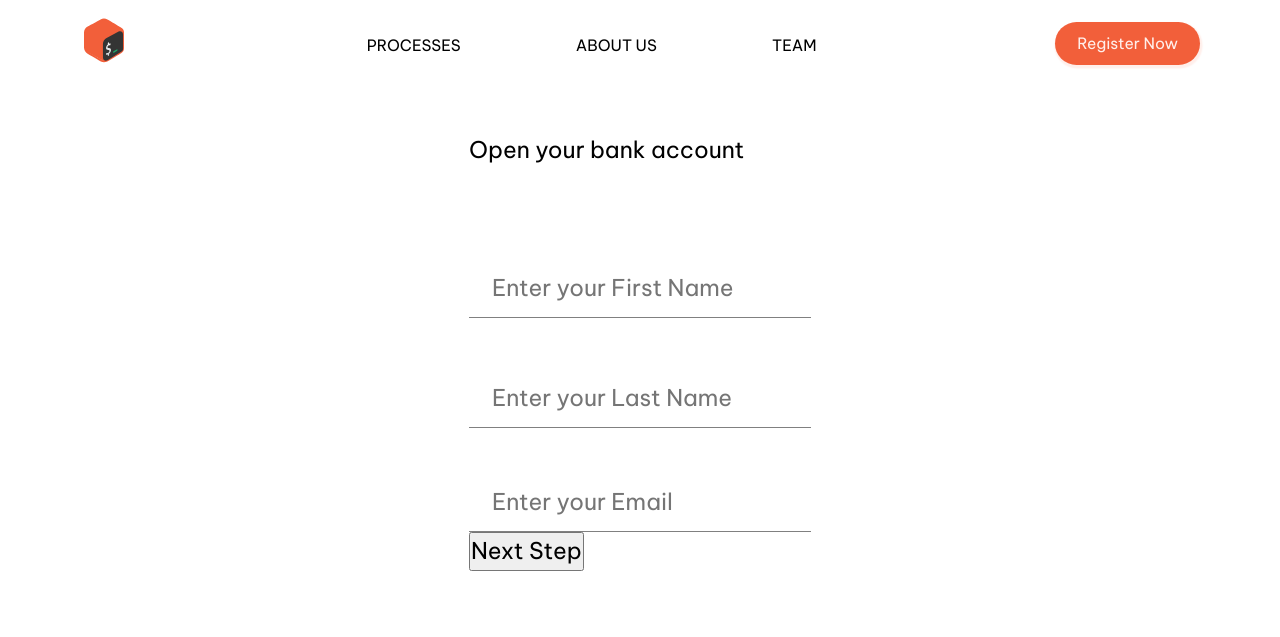
Repository: Esraa22M/Banking_Site
Page: index.html
An editor plug-in stored every save of this project. The page is shown before and after the next save, followed by the edit.
The browser window is 1280 px wide. The pictures show the whole page.

Above is the page before, as saved 2022-10-31 17:57:02.

### index.html
<!DOCTYPE html>
<html lang="en">

<head>
    <meta charset="UTF-8">
    <meta http-equiv="X-UA-Compatible" content="IE=edge">
    <meta name="viewport" content="width=device-width, initial-scale=1.0">
    <title>Document</title>
    <!-- font family link -->
    <link rel="preconnect" href="https://fonts.googleapis.com">
    <link rel="preconnect" href="https://fonts.gstatic.com" crossorigin>
    <link href="https://fonts.googleapis.com/css2?family=Be+Vietnam+Pro:wght@400;500;700&display=swap" rel="stylesheet">
    <!-- external style sheet link -->
    <link rel="stylesheet" href="style.css">
</head>

<body>
    <header class="primary__header">
        <div class="navgation__wrapper container"> <a href="#"><img src="./images/logo.svg" /></a>
            <button class="humberger__button_toggle--container" aria-expanded="false"
                aria-controls="controls the navigation menu's open and closing">
                <span class="sr-only">Nagivation menu</span>
                <span class="button__close hidden" aria-hidden="true">x</span>
                <span class="button__open" aria-hidden="true"></span>
            </button>
            <nav class="primary__navigation">
                <ul role="list" class="primary__navigation--list hidden">
                    <li class="primary__navigation-item">
                        <a href="#section__1" class="primary__navigation-link">processes</a>
                    </li>
                    <li class="primary__navigation-item">
                        <a href="#section__2" class="primary__navigation-link">About us</a>
                    </li>
                    <li class="primary_navigation-item">
                        <a href="#section__3" class="primary__navigation-link">Team</a>
                    </li>

                </ul>
            </nav>
            <a href="#" class="register__button" role="open new account">Register Now</a>
        </div>
    </header>
    <main>
        <section class="modal container">
            <h2>Open your bank account</h2>
            <form class="create__account--form">
                <div class="first_name--wrapper"><label for="first name" class="sr-only">First Name:</label>
                    <input type="text" class="first_name" placeholder="Enter your First Name" />
                </div>
                <div><label for="last name" class="sr-only">Last Name:</label>
                    <input type="text" class="last_name" placeholder="Enter your Last Name" />
                </div>
                <div><label for=" email" class="sr-only">Email:</label>
                    <input type="email" class="email" placeholder="Enter your Email" />
                </div>
                <button type="submit">Next Step</button>
            </form>
        </section>
        <div class="overlay hidden"></div>
    </main>
    <script src="main.js"></script>

</body>

</html>

### style.css
:root {
  --clr-accent-400: hsl(12, 88%, 59%);
  --clr-accent-100: hsl(13, 100%, 96%);
  --clr-primary-400: hsl(228, 39%, 23%);
  --clr-neutral-100: hsl(232, 12%, 13%);
  --clr-neutral-900: hsl(0 0% 0%);
  --ff-primary: "Be Vietnam Pro", sans-serif;
  --fw-regular: 400;
  --fw-semi-bold: 500;
  --fw-bold: 700;
  --fs-300: 0.8125rem;
  --fs-400: 0.875rem;
  --fs-500: 0.9375rem;
  --fs-600: 1rem;
  --fs-650: 1.2rem;
  --fs-700: 1.875rem;
  --fs-800: 2.5rem;
  --fs-900: 3.5rem;
  /* fontsize setup for mobile screen and tablet */
  --fs-body: var(--fs-400);
  --fs-primary-heading: var(--fs-800);
  --fs-secondary-heading: var(--fs-700);
  --fs-nav: var(--fs-500);
  --fs-button: var(--fs-300);
}
/* for desktop screen size */
@media (min-width: 50em) {
  :root {
    --fs-body: var(--fs-650);
    --fs-primary-heading: var(--fs-900);
    --fs-secondary-heading: var(--fs-800);
    --fs-nav: var(--fs-300);
  }
}

/* style reseting refer to kevin powell */
/* Box sizing rules */
*,
*::before,
*::after {
  box-sizing: border-box;
}

/* Remove default margin */
* {
  margin: 0;
  padding: 0;
  font: inherit;
}

/* Remove list styles on ul, ol elements with a list role, which suggests default styling will be removed */
ul[role="list"],
ol[role="list"] {
  list-style: none;
}

/* Set core root defaults */
html:focus-within {
  scroll-behavior: smooth;
}

html,
body {
  font-family: var(--ff-primary);
  height: 100%;
  line-height: 1.5;
  font-size: var(--fs-body);
  z-index: 10;
}
/* utility classes */
.sr-only {
  position: absolute;
  width: 1px;
  height: 1px;
  padding: 0;
  margin: -1px;
  overflow: hidden;
  clip: rect(0, 0, 0, 0);
  border: 0;
}
.container {
  /* content width setup */
  --max-width: 1120px;
  --margin: 5%;
  width: min(var(--max-width), 100% - var(--margin));
  margin-inline: auto;
}

/* navigation style */

.navgation__wrapper {
  display: flex;
  align-items: center;
  padding: 1em 0;
  justify-content: space-between;
  font-size: var(--fs-nav);
  line-height: 1.4rem;
  position: relative;
}
.primary__navigation--list {
  display: flex;
  gap: 3rem;
  flex-direction: column;
}
/* nav links style */
.navgation__wrapper a {
  text-decoration: none;
}
.primary__navigation-link {
  text-transform: uppercase;
  color: var(--clr-neutral-900);
  font-weight: var(--fw-regular);
}
.primary__navigation-link:hover,
.primary__navigation-link:focus-within {
  color: var(--clr-accent-400);
}
.primary__navigation-link::before {
  content: "";
  display: block;
  height: 0.2em;
  background-color: var(--clr-accent-400);
  width: 0%;
  transition: width ease-in-out 250ms;
}
.primary__navigation-link:hover::before {
  width: 100%;
}

/* humberger button and close humberger button style */

.humberger__button_toggle--container {
  position: absolute;
  top: 1em;
  z-index: 20;
  background-color: transparent;
  border: none;
  outline: none;
  right: 1em;
}
.button__open::before,
.button__open::after,
.button__open {
  content: "";
  width: 2em;
  display: block;
  height: 3px;
  cursor: pointer;
  position: relative;
  transition: all ease-in-out 250ms;
  background-color: var(--clr-neutral-900);
}

.button__open::before {
  top: 0.6em;
}
.button__open::after {
  bottom: 0.8em;
}
.button__close {
  font-weight: var(--fw-semi-bold);
  font-size: var(--fs-700);
  transition: all ease-in-out 250ms;
}

.register__button {
  background-color: var(--clr-accent-400);
  color: var(--clr-accent-100);
  padding: 0.5em 1.4em;
  border-radius: 100vmax;
  box-shadow: 1px 2px 0.1em 0.1em var(--clr-accent-100);
}
.register__button:hover,
.register__button:focus-within {
  box-shadow: none;
  opacity: 0.8;
}
/*navigation overlay */

.primary__header[overlay]::before {
  content: "";
  position: absolute;
  inset: 0;
  height: 100%;
  z-index: -1;
  background-image: linear-gradient(rgb(0 0 0 / 0), rgb(0 0 0 / 0.8));
}

/*popup modal style */
.modal {
  display: grid;
  align-items: center;
  justify-content: center;
  padding: 2em 0;
}
.create__account--form {
  padding: 2em 0;
  background-color: white;
}
.first_name,
.last_name,
.email {
  border: none;
  outline: none;
  padding: 0.5em 1em;
  margin-top: 2em;
  border-bottom: 0.5px solid gray;
  transition: border ease-in-out 500ms;
}
.first_name--wrapper::after {
  content: "";
  display: block;
  height: 0.2em;
  background-color: var(--clr-accent-400);
  width: 0%;
  transition: width ease-in-out 250ms;
}
.first_name--wrapper:focus-within::after {
  width: 100%;
}
.first_name--wrapper:focus-within .first_name {
  border: none;
}

/* media query for mobile screen */
@media (max-width: 40em) {
  /* navigation list style */
  .navgation__wrapper {
    justify-content: space-evenly;
  }
  .primary__navigation--list {
    position: absolute;
    top: 100%;
    left: 0;
    width: 100%;
    padding: 2rem;
    display: flex;
    justify-content: center;
    background-color: white;
    border: 1px solid var(--clr-accent-400);
    box-shadow: 0 0 1px 1px var(--clr-accent-100);
    align-items: center;
    transform-origin: top;
    transition: transform 400ms ease-in-out;
  }
  .register__button {
    padding: 0.5em 1em;
    margin-right: min(3em, 12%);
  }
  /* utility class */
  .hidden {
    opacity: 0;
    transform: scale(1, 0);
  }
}
@media (min-width: 40em) {
  /* navigation style */
  .register__button {
    display: block;
  }
  .primary__navigation--list {
    gap: 6rem;
    flex-direction: row;
  }

  .humberger__button_toggle--container {
    display: none;
  }
}

### images/logo.svg
<svg xmlns="http://www.w3.org/2000/svg"  viewBox="0 0 48 48" width="48px" height="48px" fill-rule="evenodd" clip-rule="evenodd"><linearGradient id="FAKZ2g97PrDXJBy36-66Qa" x1="35.753" x2="11.271" y1="3.643" y2="46.048" gradientUnits="userSpaceOnUse"><stop offset="0" stop-color="#f9f9f9"/><stop offset=".26" stop-color="#f0f1f2"/><stop offset=".678" stop-color="#d9dcdf"/><stop offset="1" stop-color="#c2c8cc"/></linearGradient><path fill="hsl(12, 88%, 59%)" fill-rule="evenodd" d="M22.903,3.286c0.679-0.381,1.515-0.381,2.193,0	c3.355,1.883,13.451,7.551,16.807,9.434C42.582,13.1,43,13.804,43,14.566c0,3.766,0,15.101,0,18.867	c0,0.762-0.418,1.466-1.097,1.847c-3.355,1.883-13.451,7.551-16.807,9.434c-0.679,0.381-1.515,0.381-2.193,0	c-3.355-1.883-13.451-7.551-16.807-9.434C5.418,34.899,5,34.196,5,33.434c0-3.766,0-15.101,0-18.867	c0-0.762,0.418-1.466,1.097-1.847C9.451,10.837,19.549,5.169,22.903,3.286z" clip-rule="evenodd"/><path fill="hsl(12, 88%, 59%)" d="M23.987,46.221c-1.085,0-2.171-0.252-3.165-0.757c-2.22-1.127-5.118-2.899-7.921-4.613	c-1.973-1.206-3.836-2.346-5.297-3.157C5.381,36.458,4,34.113,4,31.572V16.627c0-2.59,1.417-4.955,3.699-6.173	c3.733-1.989,9.717-5.234,12.878-7.01l0,0c2.11-1.184,4.733-1.184,6.844,0c3.576,2.007,10.369,6.064,14.252,8.513	C43.13,12.874,44,14.453,44,16.182V32c0,2.4-0.859,4.048-2.553,4.895c-0.944,0.531-2.628,1.576-4.578,2.787	c-3.032,1.882-6.806,4.225-9.564,5.705C26.27,45.942,25.128,46.221,23.987,46.221z M21.556,5.188	C18.384,6.97,12.382,10.226,8.64,12.22C7.012,13.088,6,14.776,6,16.627v14.945c0,1.814,0.987,3.49,2.576,4.373	c1.498,0.832,3.378,1.981,5.369,3.199c2.77,1.693,5.634,3.445,7.783,4.536c1.458,0.739,3.188,0.717,4.631-0.056	c2.703-1.451,6.447-3.775,9.456-5.643c1.97-1.223,3.671-2.279,4.696-2.854C41.835,34.464,42,33.109,42,32V16.182	c0-1.037-0.521-1.983-1.392-2.532c-3.862-2.435-10.613-6.467-14.165-8.461C24.913,4.331,23.086,4.331,21.556,5.188L21.556,5.188z"/><path fill="#343434" d="M22.977,41.654L22.92,28.216c-0.011-2.594,1.413-4.981,3.701-6.204l12.01-6.416	c1.998-1.068,4.414,0.38,4.414,2.646v14.73c0,1.041-0.54,2.008-1.426,2.554l-14.068,8.668	C25.557,45.424,22.987,43.996,22.977,41.654z"/><linearGradient id="FAKZ2g97PrDXJBy36-66Qb" x1="32.281" x2="23.433" y1="26.55" y2="41.876" gradientUnits="userSpaceOnUse"><stop offset="0" stop-color="#f9f9f9"/><stop offset=".26" stop-color="#f0f1f2"/><stop offset=".678" stop-color="#d9dcdf"/><stop offset="1" stop-color="#c2c8cc"/></linearGradient><path fill="url(#FAKZ2g97PrDXJBy36-66Qb)" d="M28.799,26.274	c0.123-0.063,0.225,0.014,0.227,0.176l0.013,1.32c0.552-0.219,1.032-0.278,1.467-0.177c0.095,0.024,0.136,0.153,0.098,0.306	l-0.291,1.169c-0.024,0.089-0.072,0.178-0.132,0.233c-0.026,0.025-0.052,0.044-0.077,0.057c-0.04,0.02-0.078,0.026-0.114,0.019	c-0.199-0.045-0.671-0.148-1.413,0.228c-0.778,0.395-1.051,1.071-1.046,1.573c0.007,0.601,0.315,0.783,1.377,0.802	c1.416,0.023,2.027,0.643,2.042,2.067c0.016,1.402-0.733,2.905-1.876,3.826l0.025,1.308c0.001,0.157-0.1,0.338-0.225,0.4	l-0.775,0.445c-0.123,0.063-0.225-0.014-0.227-0.172l-0.013-1.286c-0.664,0.276-1.334,0.342-1.763,0.17	c-0.082-0.032-0.117-0.152-0.084-0.288l0.28-1.181c0.022-0.092,0.071-0.186,0.138-0.246c0.023-0.023,0.048-0.04,0.072-0.053	c0.044-0.022,0.087-0.027,0.124-0.013c0.462,0.155,1.053,0.082,1.622-0.206c0.722-0.365,1.206-1.102,1.198-1.834	c-0.007-0.664-0.366-0.939-1.241-0.946c-1.113,0.002-2.151-0.216-2.168-1.855c-0.014-1.35,0.688-2.753,1.799-3.641l-0.013-1.319	c-0.001-0.162,0.098-0.34,0.225-0.405L28.799,26.274z"/><path fill="#21a366" d="M37.226,34.857l-3.704,2.185c-0.109,0.061-0.244-0.019-0.244-0.143v-1.252	c0-0.113,0.061-0.217,0.16-0.273l3.704-2.185c0.111-0.061,0.246,0.019,0.246,0.145v1.248C37.388,34.697,37.326,34.801,37.226,34.857"/></svg>

### main.js
/* navigation */
let navToggle = document.querySelector(".humberger__button_toggle--container");
let button__open = document.querySelector(".button__open");
let primary__navigation = document.querySelector(".primary__navigation");
let primary__navigation_list = document.querySelector(
  ".primary__navigation--list"
);
let button__close = document.querySelector(".button__close");
let primary__header = document.querySelector(".primary__header");
navToggle.addEventListener("click", () => {
  if (!primary__navigation.hasAttribute("data-visible")) {
    navToggle.setAttribute("aria-expanded", true);
    button__open.setAttribute("aria-hidden", true);
    button__close.setAttribute("aria-hidden", false);
  } else {
    primary__navigation.removeAttribute("data-visible");
    navToggle.setAttribute("aria-expanded", false);
    button__open.setAttribute("aria-hidden", false);
    button__close.setAttribute("aria-hidden", true);
  }
  primary__navigation.toggleAttribute("data-visible");

  button__open.classList.toggle("hidden");
  button__close.classList.toggle("hidden");
  primary__header.toggleAttribute("overlay");
  primary__navigation_list.classList.toggle("hidden");
});

After the next save:
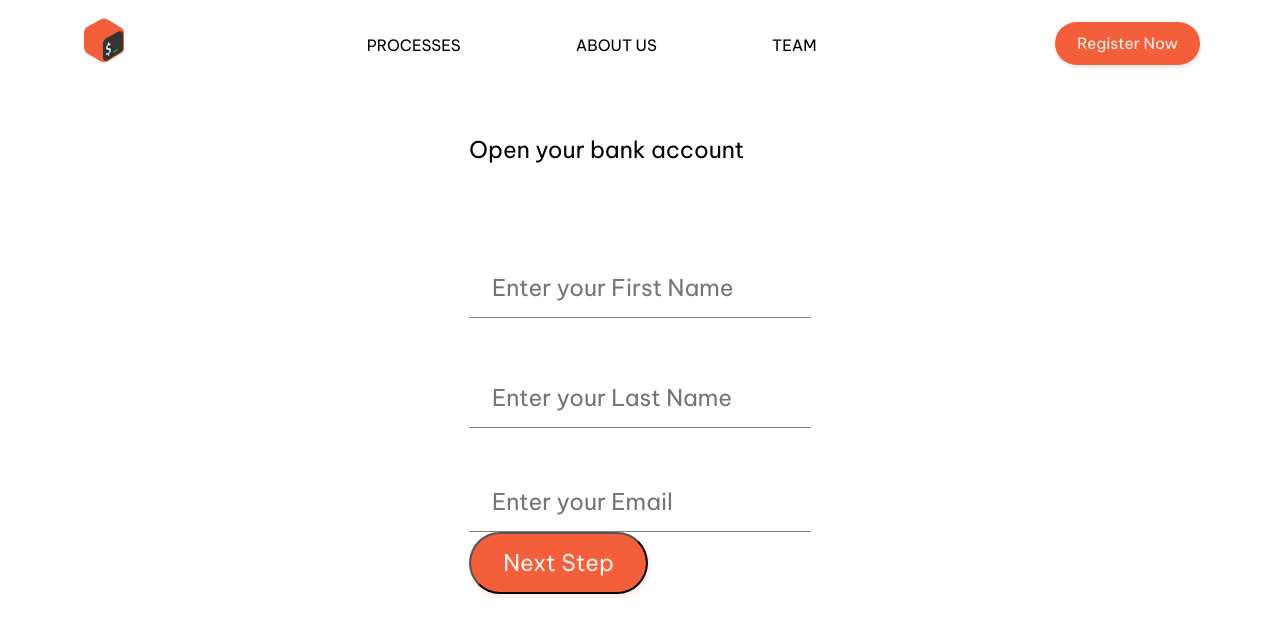
Saved 77 s later.
--- a/index.html
+++ b/index.html
@@ -53,7 +53,7 @@
                 <div><label for=" email" class="sr-only">Email:</label>
                     <input type="email" class="email" placeholder="Enter your Email" />
                 </div>
-                <button type="submit">Next Step</button>
+                <button type="submit" class="register__button">Next Step</button>
             </form>
         </section>
         <div class="overlay hidden"></div>
